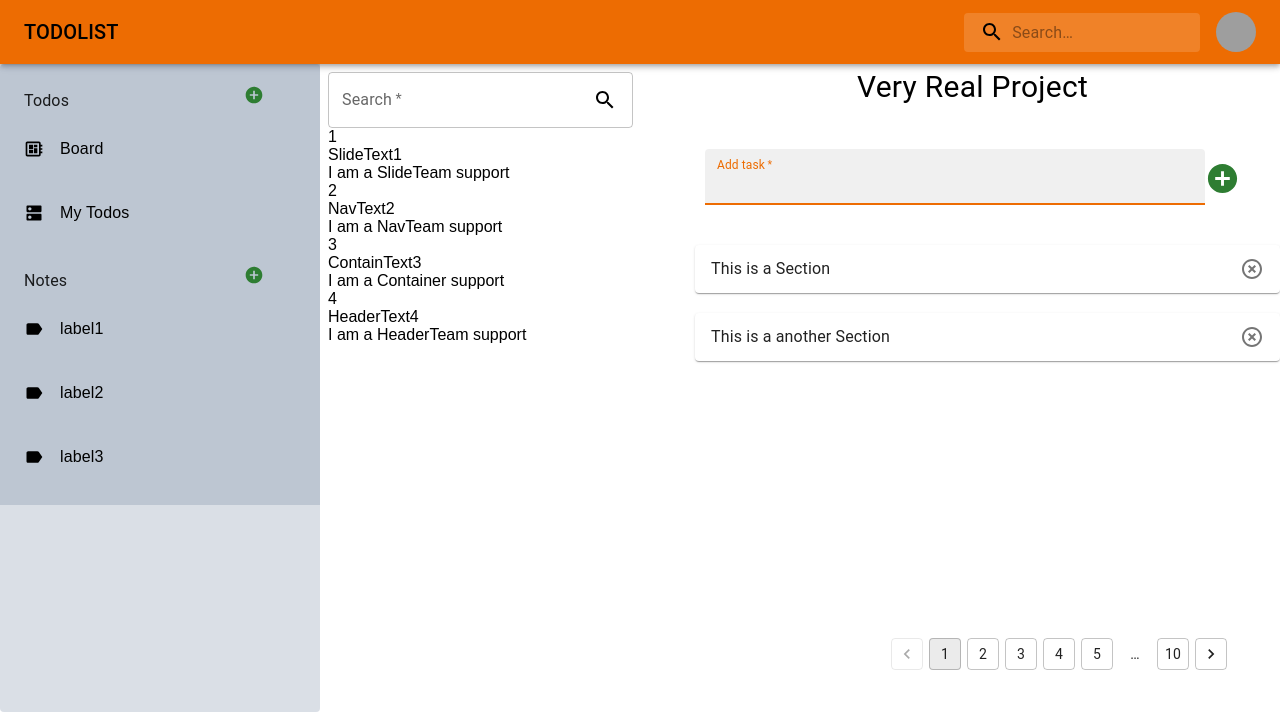
Repository: HrishrathTBS/Trackerbea
Page: /board (app in client/)
The author's editor kept a copy of each file at every save. The page is drawn from the files as they stood at one save, then again after the next save.
The browser window is 1280 px wide. The pictures show the whole page.
Pictures or frames that could not be fetched are drawn as grey boxes. The project was rebuilt for these pictures with package versions that can differ from the ones it lists, and the page was loaded fresh each time. Also part of the build but not shown: client/src/components/TodoList.js, client/src/components/ListOfBar.js, client/src/components/MyTodos.js, client/src/pages/Label/Label1.js, client/src/pages/Label/Label2.js, client/src/pages/Label/Label3.js.

Above is the page before, as saved 2022-03-10 17:57:31.

### client/public/index.html
<!DOCTYPE html>
<html lang="en">
  <head>
    <meta charset="utf-8" />
    <link rel="icon" href="%PUBLIC_URL%/favicon.ico" />
    <meta name="viewport" content="width=device-width, initial-scale=1" />
    <meta name="theme-color" content="#000000" />
    <meta
      name="description"
      content="Web site created using mernboilerplate"
    />
    <link rel="apple-touch-icon" href="%PUBLIC_URL%/logo192.png" />
    <!--
      manifest.json provides metadata used when your web app is installed on a
      user's mobile device or desktop. See https://developers.google.com/web/fundamentals/web-app-manifest/
    -->
    <link rel="manifest" href="%PUBLIC_URL%/manifest.json" />
    <!--
      Notice the use of %PUBLIC_URL% in the tags above.
      It will be replaced with the URL of the `public` folder during the build.
      Only files inside the `public` folder can be referenced from the HTML.

      Unlike "/favicon.ico" or "favicon.ico", "%PUBLIC_URL%/favicon.ico" will
      work correctly both with client-side routing and a non-root public URL.
      Learn how to configure a non-root public URL by running `npm run build`.
    -->
    <title>MERN App</title>
  </head>
  <body>
    <noscript>You need to enable JavaScript to run this app.</noscript>
    <div id="root"></div>
    <!--
      This HTML file is a template.
      If you open it directly in the browser, you will see an empty page.

      You can add webfonts, meta tags, or analytics to this file.
      The build step will place the bundled scripts into the <body> tag.

      To begin the development, run `npm start` or `yarn start`.
      To create a production bundle, use `npm run build` or `yarn build`.
    -->
  </body>
</html>

### client/src/App.js
import React from 'react';
import { BrowserRouter } from 'react-router-dom';
import AppRoutes from './UseRoutes';
import './App.css';
const App = () => {
  return (
    <>
      <BrowserRouter>{<AppRoutes />}</BrowserRouter>
    </>
  );
};

export default App;

### client/src/UseRoutes.js
import React from 'react';
import { useRoutes } from 'react-router-dom';
import Board from './components/Board';
import Layout from './components/Layout';
import MyTodos from './components/MyTodos';
import Label1 from './pages/Label/Label1';
import Label2 from './pages/Label/Label2';
import Label3 from './pages/Label/Label3';
const AppRoutes = () => {
  return useRoutes([
    {
      path: '',
      element: <Layout />,
      children: [
        {
          path: 'board',
          element: <Board />,
        },
        {
          path: 'mytodos',
          element: <MyTodos />,
        },
        {
          path: 'label1',
          element: <Label1 />,
        },
        {
          path: 'label2',
          element: <Label2 />,
        },
        {
          path: 'label3',
          element: <Label3 />,
        },
      ],
    },
  ]);
};

export default AppRoutes;

### client/src/App.css
* {
  padding: 0%;
  margin: 0%;
  box-sizing: border-box;
  font-family: sans-serif;
}

### client/src/components/Board.js
import React, { useState } from 'react';
import AddCircleIcon from '@mui/icons-material/AddCircle';
import { Box, FormControl, FormControlLabel, FormLabel, Grid, Radio, RadioGroup, TextField } from '@mui/material';
import TodoList from './TodoList';
import { Typography } from '@material-ui/core';
import { Accordion, AccordionDetails, AccordionSummary } from '@mui/material';
import ExpandMoreIcon from '@mui/icons-material/HighlightOff';
import Pagination from '@mui/material/Pagination';
import Stack from '@mui/material/Stack';
const Board = () => {
  const [list, setList] = useState('');
  const [items, setItems] = useState([]);
  const [value, setValue] = useState('This is a task');
  const [data, setData] = useState('This is another task');

  const handleChange = (e) => {
    setList(e.target.value);
  };

  const handleClick = () => {
    if (list == '') {
    } else {
      setItems((oldItems) => {
        return [...oldItems, list];
      });
      setList('');
    }
  };
  const deleteItem = (id) => {
    setItems((oldItems) => {
      return oldItems.filter((curEle, index) => {
        return index !== id;
      });
    });
  };
  const handleChanges = (event) => {
    setValue(event.target.value);
  };
  const handleChange1 = (event) => {
    setData(event.target.value);
  };
  return (
    <>
      <div>
        <Typography style={{ textAlign: 'center', fontSize: '30px' }}>Very Real Project</Typography>
        <Box style={{ display: 'flex' }} mx={5} my={3}>
          <Grid item xs={12} style={{ width: '500px' }} py={2}>
            <TextField autoComplete='text' value={list} color='warning' variant='filled' fullWidth label='Add task' onChange={handleChange} autoFocus required />
          </Grid>
          <AddCircleIcon style={{ marginTop: '28' }} color='success' fontSize='large' onClick={handleClick} />
        </Box>
        <ol>
          {items.map((itemval, index) => (
            <TodoList key={index} id={index} text={itemval} onSelect={deleteItem} />
          ))}
        </ol>
        <div style={{ marginLeft: '30px' }}>
          <Accordion>
            <AccordionSummary expandIcon={<ExpandMoreIcon />} aria-controls='panel1a-content' id='panel1a-header'>
              <Typography>This is a Section</Typography>
            </AccordionSummary>
            <AccordionDetails>
              <FormControl>
                <FormLabel id='demo-controlled-radio-buttons-group'></FormLabel>
                <RadioGroup aria-labelledby='demo-controlled-radio-buttons-group' name='controlled-radio-buttons-group' value={value} onChange={handleChanges}>
                  <FormControlLabel value='this is a task' control={<Radio />} label='This is a task' />
                  <FormControlLabel value='this is a another task' control={<Radio />} label='This is a another task' />
                </RadioGroup>
              </FormControl>
            </AccordionDetails>
          </Accordion>
        </div>
        <div style={{ marginLeft: '30px', marginTop: '20px' }}>
          <Accordion>
            <AccordionSummary expandIcon={<ExpandMoreIcon />} aria-controls='panel1a-content' id='panel1a-header'>
              <Typography>This is a another Section</Typography>
            </AccordionSummary>
            <AccordionDetails>
              <FormControl>
                <FormLabel id='demo-controlled-radio-buttons-group'></FormLabel>
                <RadioGroup aria-labelledby='demo-controlled-radio-buttons-group' name='controlled-radio-buttons-group' value={data} onChange={handleChange1}>
                  <FormControlLabel value='it has sub task' control={<Radio />} label='it has sub task' />
                  <FormControlLabel value='so many sub task' control={<Radio />} label='so many sub task' />
                  <FormControlLabel
                    value='Honesty this is already three layers do you really need more'
                    control={<Radio />}
                    label='Honesty this is already three layers do you really need more'
                  />
                </RadioGroup>
              </FormControl>
            </AccordionDetails>
          </Accordion>
        </div>
      </div>
      <div style={{ display: 'flex', justifyContent: 'space-between', position: 'absolute', bottom: '50px', right: '50px' }}>
        <Stack spacing={2}>
          <Pagination count={10} variant='outlined' shape='rounded' />
        </Stack>
      </div>
    </>
  );
};

export default Board;

### client/src/components/Layout.js
import React from 'react';
import { Outlet } from 'react-router-dom';
import Filter from './Filter';
import Header from './Header';
import SideBar from './SideBar';

const Layout = () => {
  return (
    <>
      <Header />
      <div style={{ display: 'flex' }}>
        <SideBar />
        <Filter />
        {<Outlet />}
      </div>
    </>
  );
};

export default Layout;

### client/src/components/Filter.js
import { Box, Grid, TextField } from '@mui/material';
import React, { useState } from 'react';
import { teams_data } from './LabelData';
import SearchIcon from '@mui/icons-material/Search';
const Filter = () => {
  const [teams, setTeams] = useState([...teams_data]);
  const [search, setSearch] = useState('');

  const handleChange = (e) => {
    const test = teams.filter((team) => {
      return (
        team.HeaderText.toLowerCase().toUpperCase().includes(e.target.value.toLowerCase()) ||
        team.NotesText.toLowerCase().includes(e.target.value.toLowerCase()) ||
        team.TitleText.toLowerCase().includes(e.target.value.toLowerCase())
      );
    });
    setTeams(test);
    setSearch(e.target.value);
  };

  return (
    <>
      <Grid container justifyContent='center' m={1}>
        <Grid item xs={12}>
          <Box sx={{ display: 'flex', alignItems: 'center' }}>
            <TextField autoComplete='text' value={search} color='warning' variant='outlined' fullWidth id='search' label='Search' onChange={handleChange} autoFocus required />
            <SearchIcon sx={{ position: 'relative', right: '40px' }} />
          </Box>
          {teams.map((team) => (
            <>
              <p>{team.HeaderText}</p>
              <p>{team.TitleText}</p>
              <p>{team.NotesText}</p>
            </>
          ))}
        </Grid>
      </Grid>
    </>
  );
};

export default Filter;

### client/src/components/Header.js
import * as React from 'react';
import AppBar from '@mui/material/AppBar';
import Box from '@mui/material/Box';
import Toolbar from '@mui/material/Toolbar';
import IconButton from '@mui/material/IconButton';
import Typography from '@mui/material/Typography';
import Menu from '@mui/material/Menu';
import MenuIcon from '@mui/icons-material/Menu';
import Container from '@mui/material/Container';
import Avatar from '@mui/material/Avatar';
import Tooltip from '@mui/material/Tooltip';
import MenuItem from '@mui/material/MenuItem';
import SearchIcon from '@mui/icons-material/Search';
import { styled, alpha } from '@mui/material/styles';
import { InputBase } from '@mui/material';

const pages = ['Header'];
const settings = ['Profile', 'Account', 'Dashboard', 'Logout'];

const Search = styled('div')(({ theme }) => ({
  position: 'relative',
  borderRadius: theme.shape.borderRadius,
  backgroundColor: alpha(theme.palette.common.white, 0.15),
  '&:hover': {
    backgroundColor: alpha(theme.palette.common.white, 0.25),
  },
  marginRight: theme.spacing(2),
  marginLeft: 0,
  width: '100%',
  [theme.breakpoints.up('sm')]: {
    marginLeft: theme.spacing(3),
    width: 'auto',
  },
}));
const SearchIconWrapper = styled('div')(({ theme }) => ({
  padding: theme.spacing(0, 2),
  height: '100%',
  position: 'absolute',
  pointerEvents: 'none',
  color: 'black',
  display: 'flex',
  alignItems: 'center',
  justifyContent: 'center',
}));
const StyledInputBase = styled(InputBase)(({ theme }) => ({
  color: 'black',
  '& .MuiInputBase-input': {
    padding: theme.spacing(1, 1, 1, 0),
    paddingLeft: `calc(1em + ${theme.spacing(4)})`,
    transition: theme.transitions.create('width'),
    width: '100%',
    [theme.breakpoints.up('md')]: {
      width: '20ch',
    },
  },
}));

const Header = () => {
  const [anchorElNav, setAnchorElNav] = React.useState(null);
  const [anchorElUser, setAnchorElUser] = React.useState(null);

  const handleOpenNavMenu = (event) => {
    setAnchorElNav(event.currentTarget);
  };
  const handleOpenUserMenu = (event) => {
    setAnchorElUser(event.currentTarget);
  };

  const handleCloseNavMenu = () => {
    setAnchorElNav(null);
  };

  const handleCloseUserMenu = () => {
    setAnchorElUser(null);
  };

  return (
    <AppBar position='static' color='warning'>
      <Container maxWidth='xl'>
        <Toolbar disableGutters>
          <Typography variant='h6' noWrap component='div' sx={{ mr: 2, display: { xs: 'none', md: 'flex', color: 'black' } }}>
            TODOLIST
          </Typography>
          <Box sx={{ flexGrow: 1, display: { xs: 'flex', md: 'none' } }}>
            <IconButton size='large' aria-label='account of current user' aria-controls='menu-appbar' aria-haspopup='true' onClick={handleOpenNavMenu} color='inherit'>
              <MenuIcon />
            </IconButton>
            <Menu
              id='menu-appbar'
              anchorEl={anchorElNav}
              anchorOrigin={{
                vertical: 'bottom',
                horizontal: 'left',
              }}
              keepMounted
              transformOrigin={{
                vertical: 'top',
                horizontal: 'left',
              }}
              open={Boolean(anchorElNav)}
              onClose={handleCloseNavMenu}
              sx={{
                display: { xs: 'block', md: 'none' },
              }}
            >
              {pages.map((page) => (
                <MenuItem key={page} onClick={handleCloseNavMenu}>
                  <Typography textAlign='center'>{page}</Typography>
                </MenuItem>
              ))}
            </Menu>
          </Box>

          <Typography variant='h6' noWrap component='div' sx={{ flexGrow: 1, display: { xs: 'flex', md: 'none' } }}>
            TODOLIST
          </Typography>
          <Box sx={{ flexGrow: 1, display: { xs: 'none', md: 'flex' } }}></Box>
          <Search>
            <SearchIconWrapper>
              <SearchIcon />
            </SearchIconWrapper>
            <StyledInputBase placeholder='Search…' inputProps={{ 'aria-label': 'search' }} />
          </Search>
          <Box sx={{ flexGrow: 0 }}>
            <Tooltip title='Open settings'>
              <IconButton onClick={handleOpenUserMenu} sx={{ p: 0 }}>
                <Avatar alt='Remy Sharp' src='/static/images/avatar/2.jpg' />
              </IconButton>
            </Tooltip>
            <Menu
              sx={{ mt: '45px' }}
              id='menu-appbar'
              anchorEl={anchorElUser}
              anchorOrigin={{
                vertical: 'top',
                horizontal: 'right',
              }}
              keepMounted
              transformOrigin={{
                vertical: 'top',
                horizontal: 'right',
              }}
              open={Boolean(anchorElUser)}
              onClose={handleCloseUserMenu}
            >
              {settings.map((setting) => (
                <MenuItem key={setting} onClick={handleCloseUserMenu}>
                  <Typography textAlign='center'>{setting}</Typography>
                </MenuItem>
              ))}
            </Menu>
          </Box>
        </Toolbar>
      </Container>
    </AppBar>
  );
};
export default Header;

### client/src/components/SideBar.js
import * as React from 'react';
import Box from '@mui/material/Box';
import { styled, ThemeProvider, createTheme } from '@mui/material/styles';
import Divider from '@mui/material/Divider';
import List from '@mui/material/List';
import Paper from '@mui/material/Paper';
import ListItem from './ListItem';
import People from '@mui/icons-material/People';
import Dns from '@mui/icons-material/Dns';
import LabelIcon from '@mui/icons-material/Label';
import DeveloperBoardIcon from '@mui/icons-material/DeveloperBoard';
const FireNav = styled(List)({
  '& .MuiListItemButton-root': {
    paddingLeft: 24,
    paddingRight: 24,
  },
  '& .MuiListItemIcon-root': {
    minWidth: 0,
    marginRight: 16,
  },
  '& .MuiSvgIcon-root': {
    fontSize: 20,
  },
});

export default function CustomizedList() {
  const [open, setOpen] = React.useState(true);

  const DataItem = [
    {
      label: 'Todos',
      data: [
        { icon: <DeveloperBoardIcon />, label: 'Board', link: '/board' },
        { icon: <Dns />, label: 'My Todos ', link: '/mytodos' },
      ],
    },
    {
      label: 'Notes',
      data: [
        { icon: <LabelIcon />, label: 'label1', link: '/label1' },
        { icon: <LabelIcon />, label: 'label2 ', link: '/label2' },
        { icon: <LabelIcon />, label: 'label3 ', link: '/label3' },
      ],
    },
  ];

  return (
    <Box sx={{ display: 'flex', height: '90vh' }}>
      <ThemeProvider
        theme={createTheme({
          components: {
            MuiListItemButton: {
              defaultProps: {
                disableTouchRipple: true,
              },
            },
          },
          palette: {
            background: { paper: 'rgba(71, 98, 130, 0.2)' },
          },
        })}
      >
        <Paper elevation={0} sx={{ maxWidth: 370 }}>
          <FireNav component='nav' disablePadding>
            <Divider />
            <Box
              sx={{
                bgcolor: open ? 'rgba(71, 98, 130, 0.2)' : null,
                pb: open ? 2 : 0,
              }}
            >
              {DataItem.map(({ data, label }) => (
                <ListItem data={data} label={label} />
              ))}
            </Box>
          </FireNav>
        </Paper>
      </ThemeProvider>
    </Box>
  );
}

### client/src/components/LabelData.js
// export const teams_data = ['raju', 'ahesan', 'rishabh', 'khodu', 'parsan'];
export const teams_data = [
  {
    HeaderText: '1',
    TitleText: 'SlideText1',
    NotesText: 'I am a SlideTeam support',
  },
  {
    HeaderText: '2',
    TitleText: 'NavText2',
    NotesText: 'I am a NavTeam support',
  },
  {
    HeaderText: '3',
    TitleText: 'ContainText3',
    NotesText: 'I am a Container support',
  },
  {
    HeaderText: '4',
    TitleText: 'HeaderText4',
    NotesText: 'I am a HeaderTeam support',
  },
];

### client/src/components/ListItem.js
import { Box, ListItemIcon, ListItemText } from '@mui/material';
import ListItemButton from '@mui/material/ListItemButton';
import AddCircleIcon from '@mui/icons-material/AddCircle';
import KeyboardArrowDown from '@mui/icons-material/KeyboardArrowDown';
import React from 'react';

const ListItem = ({ data, label }) => {
  const [open, setOpen] = React.useState(true);
  return (
    <>
      <ListItemButton
        alignItems='flex-start'
        sx={{
          px: 3,
          pt: 2.5,
          pb: open ? 0 : 2.5,
          '&:hover, &:focus': { '& svg': { opacity: open ? 1 : 1 } },
        }}
      >
        <ListItemText
          primary={label}
          primaryTypographyProps={{
            fontSize: 20,
            width: '220px',
            fontWeight: 'medium',
            lineHeight: '20px',
            mb: '2px',
          }}
        />
        <AddCircleIcon color='success' />
        <KeyboardArrowDown
          onClick={() => setOpen(!open)}
          sx={{
            opacity: 1,
            px: 2,
            transform: open ? 'rotate(-180deg)' : 'rotate(0)',
            transition: '0.5s',
          }}
        />
      </ListItemButton>
      <Box>
        {open &&
          data &&
          data.map((item) => (
            <ListItemButton key={item.label} sx={{ py: 2, minHeight: 32, color: 'rgba(0,0,0,1)', justifyContent: 'flex-start' }}>
              <ListItemIcon sx={{ color: 'inherit' }}>{item.icon}</ListItemIcon>
              <ListItemText>
                <a href={item.link} style={{ textDecoration: 'none', color: 'black' }}>
                  {item.label}
                </a>
              </ListItemText>
            </ListItemButton>
          ))}
      </Box>
    </>
  );
};
export default ListItem;

Loaded but not shown: client/src/index.js (common file)

After the next save:
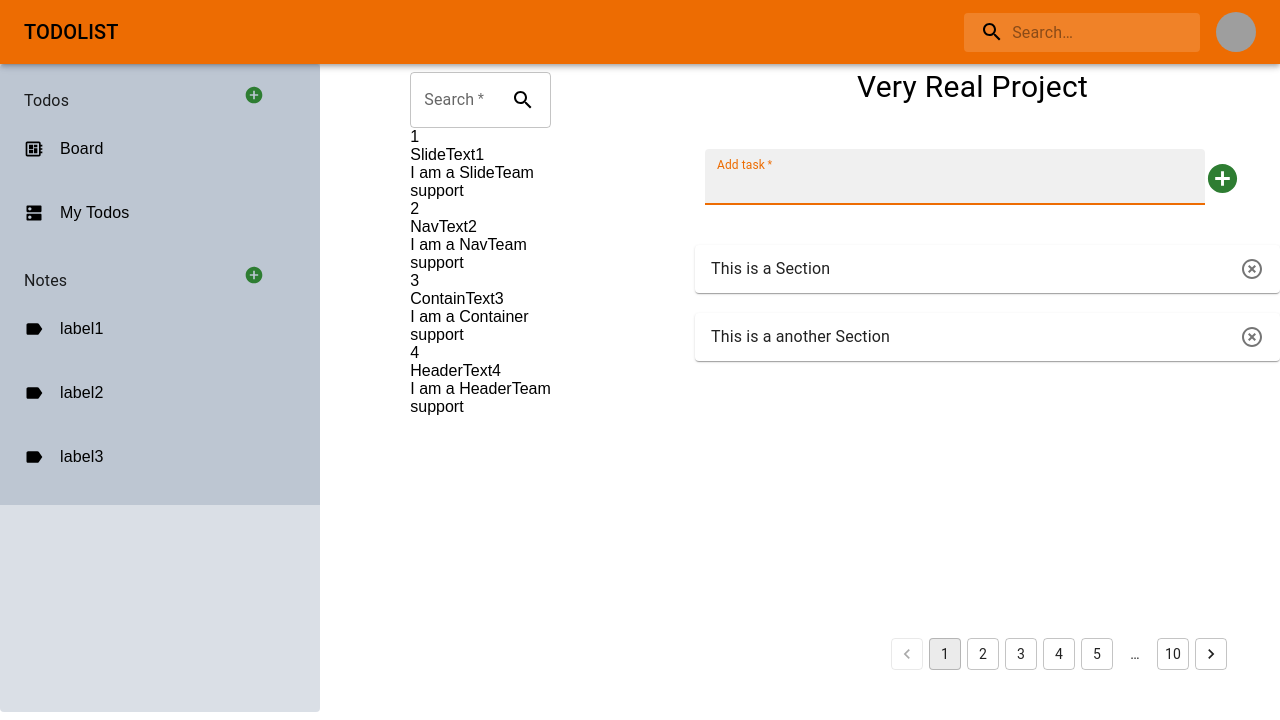
Saved 14 s later.
--- a/client/src/components/Filter.js
+++ b/client/src/components/Filter.js
@@ -21,7 +21,7 @@ const Filter = () => {
   return (
     <>
       <Grid container justifyContent='center' m={1}>
-        <Grid item xs={12}>
+        <Grid item xs={6}>
           <Box sx={{ display: 'flex', alignItems: 'center' }}>
             <TextField autoComplete='text' value={search} color='warning' variant='outlined' fullWidth id='search' label='Search' onChange={handleChange} autoFocus required />
             <SearchIcon sx={{ position: 'relative', right: '40px' }} />
